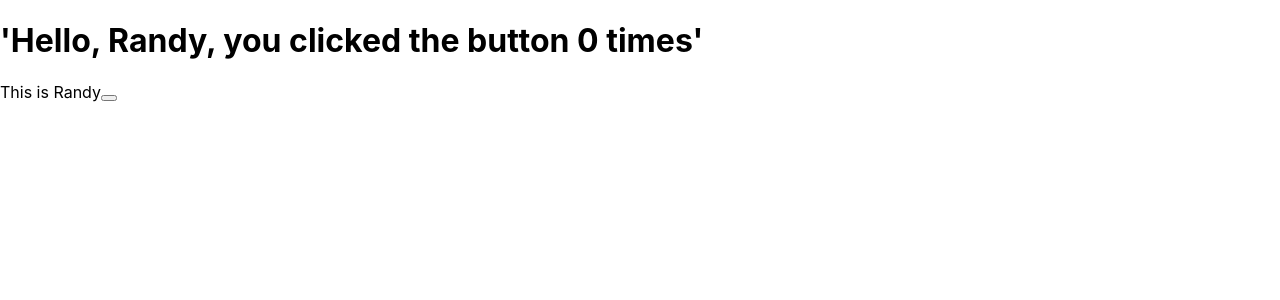
Repository: randysteele/demo
Page: /
These files come from the project's save history. The page is drawn as it stood at one moment and after the next save; the edit follows.
The browser window is 1280 px wide. The pictures show the whole page.
The project was rebuilt for these pictures with package versions that can differ from the ones it lists, and the page was loaded fresh each time.

Above is the page before, as saved 2021-03-09 11:11:23.

After the next save:
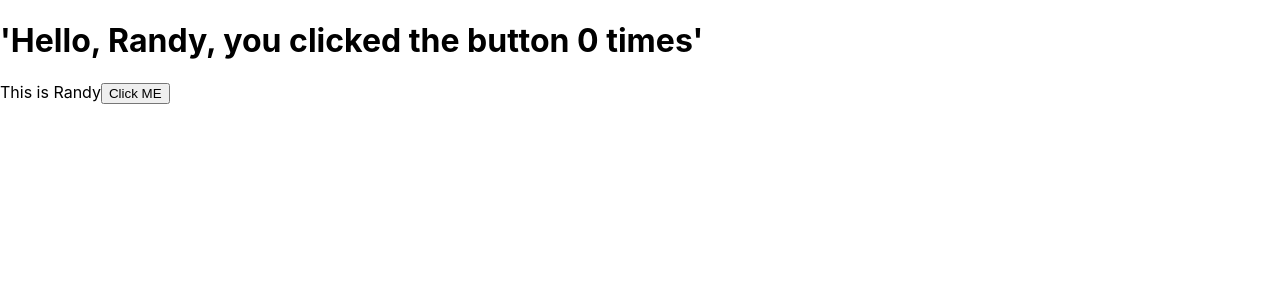
Saved 38 s later.
--- a/src/Application.js
+++ b/src/Application.js
@@ -24,7 +24,7 @@ class Application extends Component {
        <div>
        <h1> 'Hello, {name}, you clicked the button {count} times'</h1>
        <span>This is {name}
-       <button Click ME ></button>
+       <button> Click ME </button>
        </span>
        </div>
        )}
